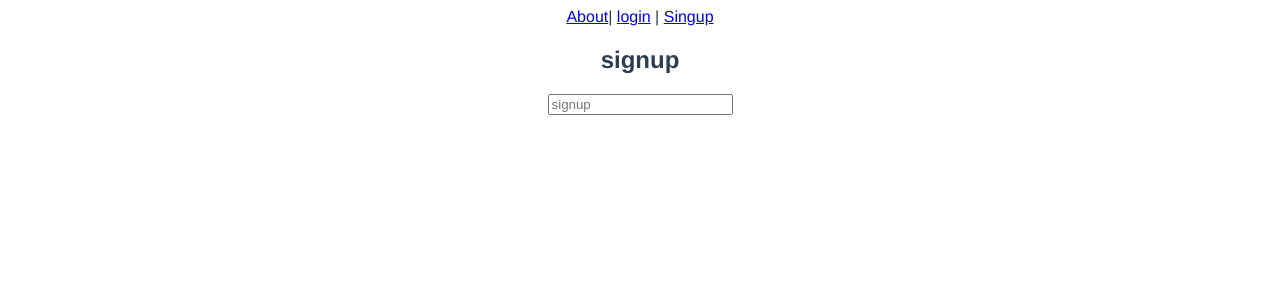
Repository: HeeJeong0718/captin
Page: /signup
The author's editor kept a copy of each file at every save. The page is drawn from the files as they stood at one save, then again after the next save.
The browser window is 1280 px wide. The pictures show the whole page.
The project was rebuilt for these pictures with package versions that can differ from the ones it lists, and the page was loaded fresh each time. Also part of the build but not shown: vue.config.js.

Above is the page before, as saved 2022-04-21 23:24:05.

### src/App.vue
<template>
  <div id="app">
    <AppHeader/>
    <router-view/>
  </div>
</template>
<script>
import AppHeader from '@/components/AppHeader.vue';
export default {
  components:{
    AppHeader
  }
}

</script>
<style>
#app {
  font-family: Avenir, Helvetica, Arial, sans-serif;
  -webkit-font-smoothing: antialiased;
  -moz-osx-font-smoothing: grayscale;
  text-align: center;
  color: #2c3e50;
}

nav {
  padding: 30px;
}

nav a {
  font-weight: bold;
  color: #2c3e50;
}

nav a.router-link-exact-active {
  color: #42b983;
}
</style>

### src/router/index.js
import Vue from 'vue'
import VueRouter from 'vue-router'
//import HomeView from '../views/HomeView.vue'

Vue.use(VueRouter)

const routes = [

  {
    path: '/about',
    name: 'about',
    // route level code-splitting
    // this generates a separate chunk (about.[hash].js) for this route
    // which is lazy-loaded when the route is visited.
    component: () => import(/* webpackChunkName: "about" */ '../views/AboutView.vue')
  },
  {
    path: '/',
    name: 'login',
    // route level code-splitting
    // this generates a separate chunk (about.[hash].js) for this route
    // which is lazy-loaded when the route is visited.
    component: () => import(/* webpackChunkName: "about" */ '../views/LoginPage.vue')
  },
  {
    path: '/signup',
    name: 'signup',
    // route level code-splitting
    // this generates a separate chunk (about.[hash].js) for this route
    // which is lazy-loaded when the route is visited.
    component: () => import(/* webpackChunkName: "about" */ '../views/Signup.vue')
  },
  {
    path: '*',
    // route level code-splitting
    // this generates a separate chunk (about.[hash].js) for this route
    // which is lazy-loaded when the route is visited.
    component: () => import(/* webpackChunkName: "about" */ '../views/NotFoundPage.vue')
  }
]

const router = new VueRouter({
  mode: 'history',
  base: process.env.BASE_URL,
  routes
})

export default router

### src/components/AppHeader.vue
<template>
  <header>

      <router-link to="/about">About</router-link>|
      <router-link to="/">login</router-link> |
      <router-link to="/signup">Singup</router-link>
    </header>
</template>

<script>
export default {

}
</script>

<style>

</style>

### src/views/Signup.vue
<template>
  <div>
      <h2>signup</h2>
      <SignForm/>
  </div>
</template>

<script>
import SignForm from '@/components/SignForm.vue';
export default {
  components:{
      SignForm
  }
}
</script>

<style>

</style>

### src/components/SignForm.vue
<template>
  <div>
      <input type="text" placeholder="signup">
  </div>
</template>

<script>
export default {

}
</script>

<style>

</style>

Loaded but not shown: public/index.html (common file); src/main.js (common file); src/registerServiceWorker.js (common file); src/store/index.js (common file)

After the next save:
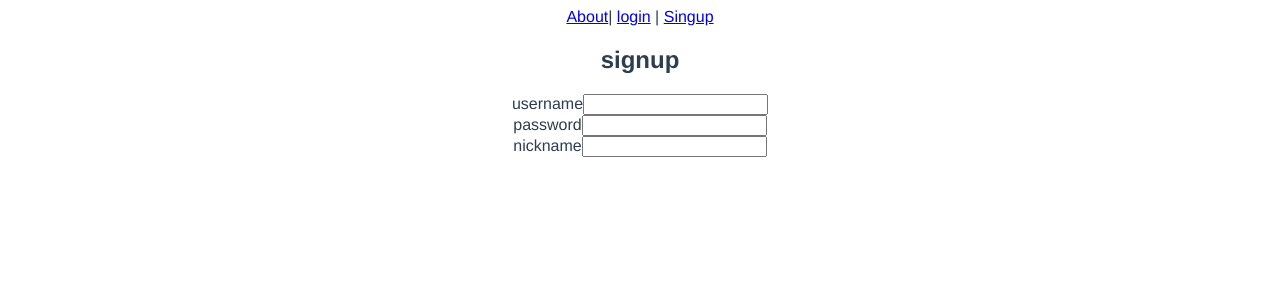
Saved 60 s later.
--- a/src/components/SignForm.vue
+++ b/src/components/SignForm.vue
@@ -1,7 +1,18 @@
 <template>
-  <div>
-      <input type="text" placeholder="signup">
-  </div>
+  <form>
+    <div>
+      <label for="username">username</label>
+      <input type="text" name="" id="username">
+    </div>
+    <div>
+      <label for="password">password</label>
+      <input type="text" name="" id="password">
+    </div>
+    <div>
+      <label for="nickname">nickname</label>
+      <input type="text" name="" id="nickname">
+    </div>
+  </form>
 </template>
 
 <script>
